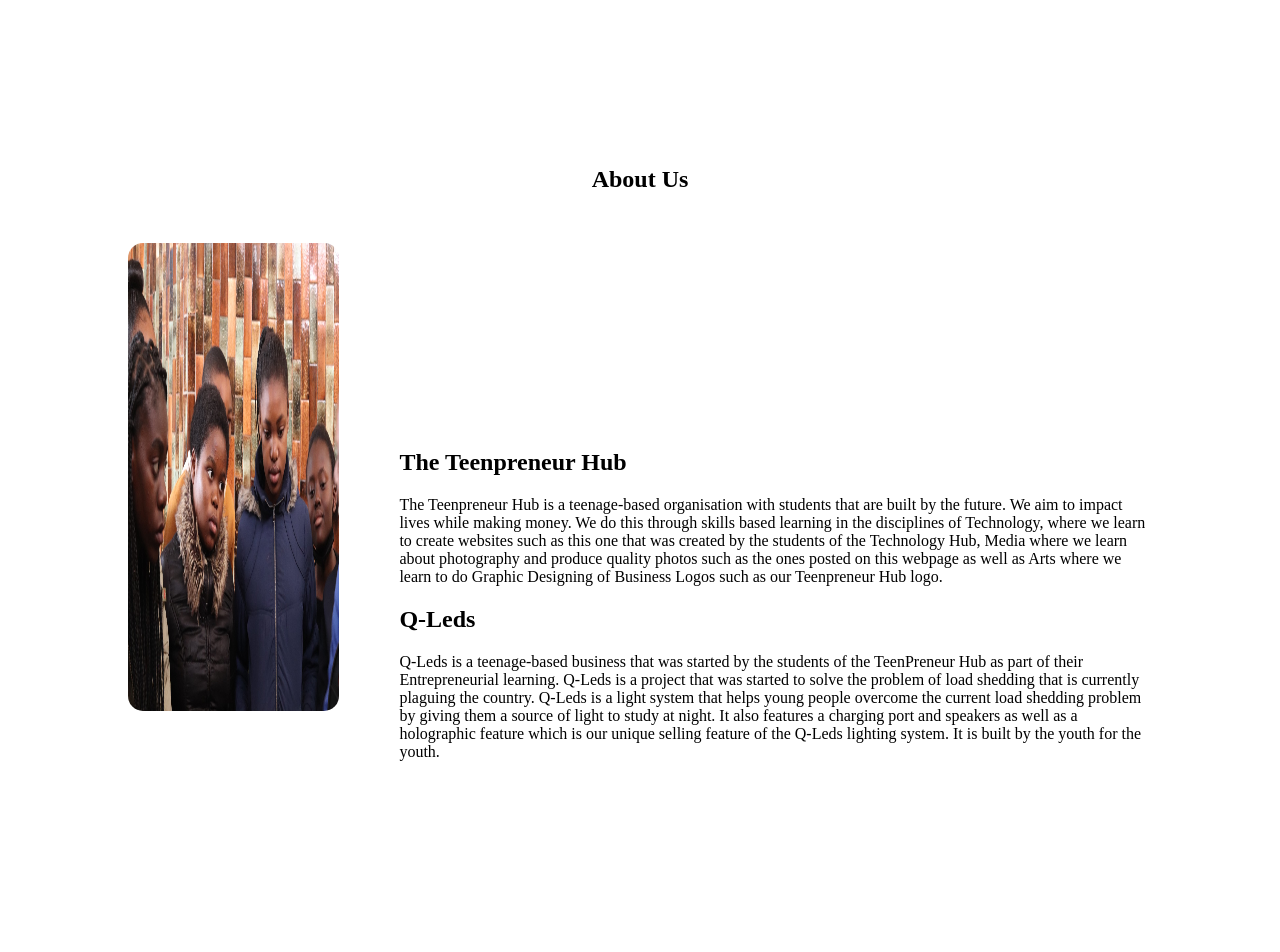
Repository: chadrackkyungu/4-BCT-TPH-Website
Page: index.html
These files come from the project's save history. The page is drawn as it stood at one moment and after the next save; the edit follows.
The browser window is 1280 px wide. The pictures show the part of the page from y = 824 to 1776 px (the page is 2781 px tall).
A picture or video elsewhere on the page could not be fetched, so the positions and the page height are approximate.

Above is the page before, as saved 2022-10-21 09:19:34.

After the next save:
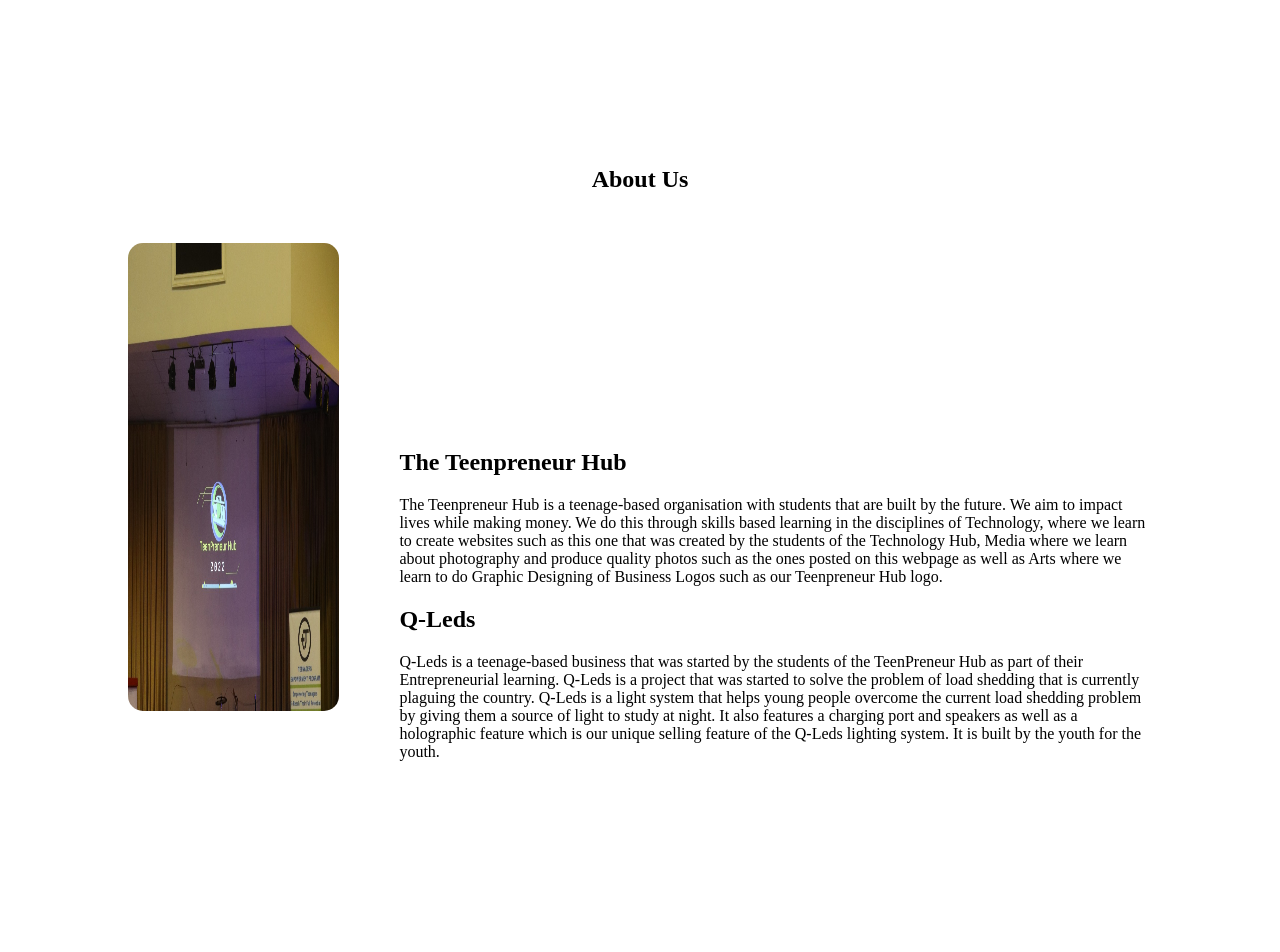
Saved 5 s later.
--- a/index.html
+++ b/index.html
@@ -44,7 +44,7 @@
 
         <div class="aboutcontainer">
             <div class="image-container">
-                <img src="./src/images/img-3.jpeg" alt="">
+                <img src="./src/images/img-4.jpeg" alt="">
             </div>
 
 
